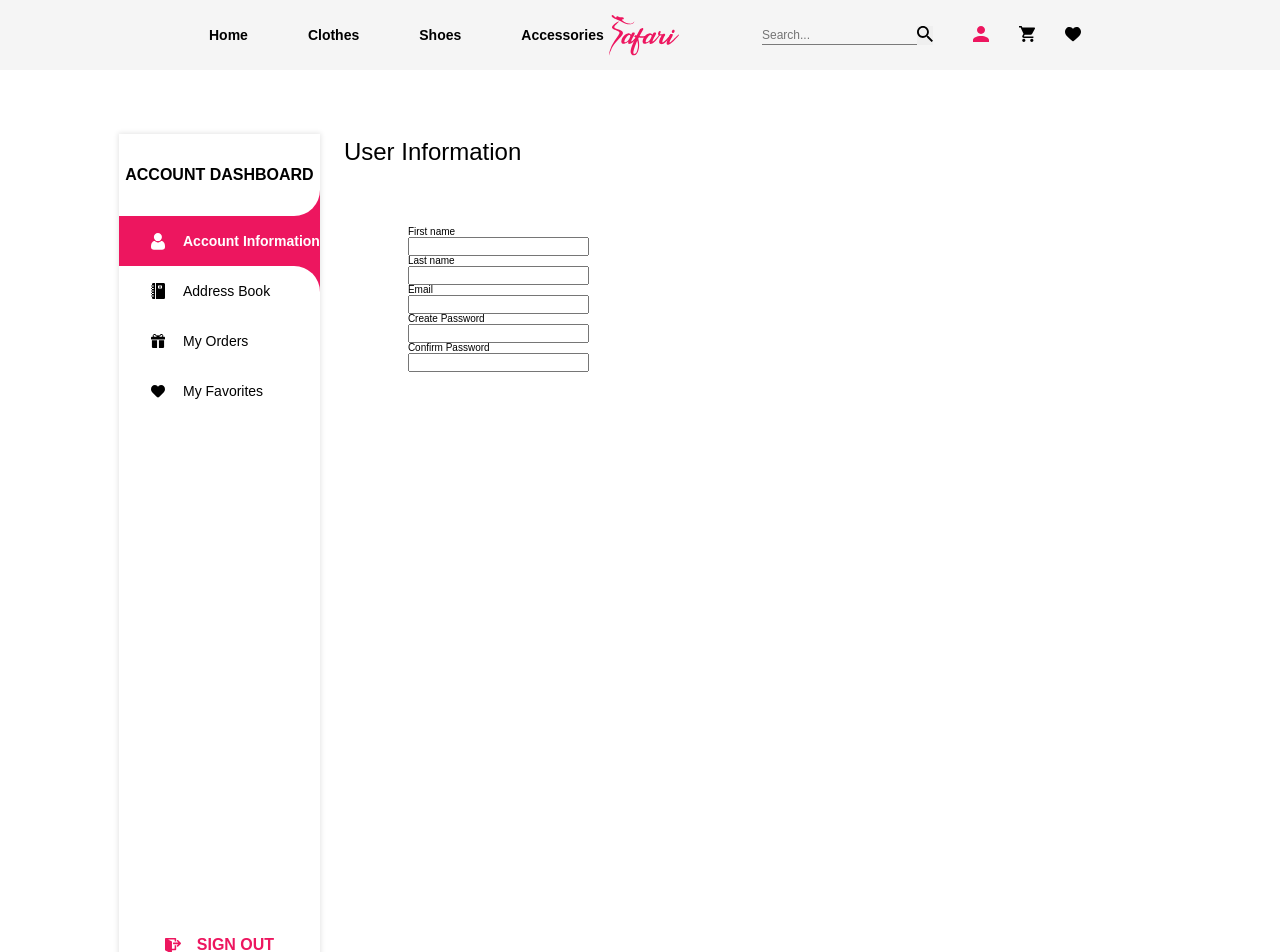
Repository: tboy1999/safari
Page: views/user.html
The author's editor kept a copy of each file at every save. The page is drawn from the files as they stood at one save, then again after a run of saves.
The browser window is 1280 px wide. The pictures show the part of the page from y = 0 to 952 px (the page is 1218 px tall).
Some web libraries are served in a nearby version. The style sheet was rebuilt from its Sass, Less or Tailwind sources for each picture, by a compiler version that may differ from the author's.

Above is the page before, as saved 2022-04-28 15:58:31.

### views/user.html
<!DOCTYPE html>
<html lang="en">
<head>
  <meta charset="UTF-8">
  <meta http-equiv="X-UA-Compatible" content="IE=edge">
  <meta name="viewport" content="width=device-width, initial-scale=1.0">
  <title>user</title>
  <link rel="shortcut icon" href="./image/logo/Logo.svg" type="image/x-icon">
  <link rel="preconnect" href="https://fonts.googleapis.com">
  <link rel="preconnect" href="https://fonts.gstatic.com" crossorigin>
  <link rel="stylesheet" href="https://cdnjs.cloudflare.com/ajax/libs/font-awesome/6.1.1/css/all.min.css" integrity="sha512-KfkfwYDsLkIlwQp6LFnl8zNdLGxu9YAA1QvwINks4PhcElQSvqcyVLLD9aMhXd13uQjoXtEKNosOWaZqXgel0g==" crossorigin="anonymous" referrerpolicy="no-referrer" />
  <link rel="stylesheet" href="../css/grid.css">
  <link rel="stylesheet" href="../css/user.css">
</head>
<body>
  <header id="header" class="header">
    <div class="container">
      <div class="header__container facenter">
        <ul class="header__list facenter fz14-fw600">
          <li class="header__item"><a href="../index.html" class="header__link">Home</a></li>
          <li class="header__item"><a href="./clothes.html" class="header__link">Clothes</a></li>
          <li class="header__item"><a href="./shoes.html" class="header__link">Shoes</a></li>
          <li class="header__item"><a href="./accessories.html" class="header__link">Accessories</a></li>
        </ul>
        <form class="header__search facenter">
          <input type="text" placeholder="Search..." class="fz12">
          <button type="submit"><img src="../image/header/search.svg" alt=""></button>
        </form>
        <div class="header__feature facenter">
          <a href="#" class="header__feature--active">
            <svg width="16" height="16" viewBox="0 0 16 16" fill="inherit" xmlns="http://www.w3.org/2000/svg">
            <path d="M8 0C9.06087 0 10.0783 0.421427 10.8284 1.17157C11.5786 1.92172 12 2.93913 12 4C12 5.06087 11.5786 6.07828 10.8284 6.82843C10.0783 7.57857 9.06087 8 8 8C6.93913 8 5.92172 7.57857 5.17157 6.82843C4.42143 6.07828 4 5.06087 4 4C4 2.93913 4.42143 1.92172 5.17157 1.17157C5.92172 0.421427 6.93913 0 8 0ZM8 10C12.42 10 16 11.79 16 14V16H0V14C0 11.79 3.58 10 8 10Z"/>
            </svg>
          </a>
          <a href="./cart.html">
            <svg width="16" height="16" viewBox="0 0 16 16" fill="inherit" xmlns="http://www.w3.org/2000/svg">
              <path d="M12.8 12.8C11.912 12.8 11.2 13.512 11.2 14.4C11.2 14.8243 11.3686 15.2313 11.6686 15.5314C11.9687 15.8314 12.3757 16 12.8 16C13.2243 16 13.6313 15.8314 13.9314 15.5314C14.2314 15.2313 14.4 14.8243 14.4 14.4C14.4 13.9757 14.2314 13.5687 13.9314 13.2686C13.6313 12.9686 13.2243 12.8 12.8 12.8ZM0 0V1.6H1.6L4.48 7.672L3.392 9.632C3.272 9.856 3.2 10.12 3.2 10.4C3.2 10.8243 3.36857 11.2313 3.66863 11.5314C3.96869 11.8314 4.37565 12 4.8 12H14.4V10.4H5.136C5.08296 10.4 5.03209 10.3789 4.99458 10.3414C4.95707 10.3039 4.936 10.253 4.936 10.2C4.936 10.16 4.944 10.128 4.96 10.104L5.68 8.8H11.64C12.24 8.8 12.768 8.464 13.04 7.976L15.904 2.8C15.96 2.672 16 2.536 16 2.4C16 2.18783 15.9157 1.98434 15.7657 1.83431C15.6157 1.68429 15.4122 1.6 15.2 1.6H3.368L2.616 0H0ZM4.8 12.8C3.912 12.8 3.2 13.512 3.2 14.4C3.2 14.8243 3.36857 15.2313 3.66863 15.5314C3.96869 15.8314 4.37565 16 4.8 16C5.22435 16 5.63131 15.8314 5.93137 15.5314C6.23143 15.2313 6.4 14.8243 6.4 14.4C6.4 13.9757 6.23143 13.5687 5.93137 13.2686C5.63131 12.9686 5.22435 12.8 4.8 12.8Z"/>
            </svg>
          </a>
          <a href="#">
            <svg width="16" height="15" viewBox="0 0 16 15" fill="inherit"
            xmlns="http://www.w3.org/2000/svg">
              <path d="M14.7307 1.39307C13.9025 0.494751 12.766 0 11.5304 0C10.6068 0 9.76099 0.291992 9.01636 0.867798C8.64062 1.15845 8.30017 1.51404 8 1.92908C7.69995 1.51416 7.35938 1.15845 6.98352 0.867798C6.23901 0.291992 5.39319 0 4.4696 0C3.23401 0 2.09741 0.494751 1.26917 1.39307C0.450806 2.28088 0 3.49377 0 4.80847C0 6.16162 0.504272 7.40027 1.58691 8.70667C2.55542 9.87524 3.94739 11.0615 5.55933 12.4352C6.10974 12.9043 6.73364 13.436 7.38147 14.0024C7.55261 14.1523 7.77222 14.2349 8 14.2349C8.22766 14.2349 8.44739 14.1523 8.61829 14.0027C9.26611 13.4362 9.89038 12.9042 10.441 12.4348C12.0527 11.0614 13.4447 9.87524 14.4132 8.70654C15.4958 7.40027 16 6.16162 16 4.80835C16 3.49377 15.5492 2.28088 14.7307 1.39307Z"/>
            </svg>
          </a>
        </div>
        <div class="header__logo">
          <a href="../index.html"><img src="../image/logo/Logo.svg" alt=""></a>
        </div>
      </div>
    </div>
  </header>

  <main id="user" class="user">
    <div class="container">
      <div class="user__container">
        <div class="row">
          <div class="col xxl-3">
            <div class="user__list flex-column">
              <div class="user__item fz16-fw800 user__item--prev">ACCOUNT DASHBOARD</div>
              <div class="user__item user__tag facenter gap18 fz14 user__item--active">
                <svg width="14" height="17" viewBox="0 0 14 17" fill="inherit" xmlns="http://www.w3.org/2000/svg">
                  <path d="M6.89428 8.08322C8.00476 8.08322 8.96635 7.68493 9.75204 6.89912C10.5377 6.11343 10.936 5.15209 10.936 4.04148C10.936 2.93125 10.5377 1.96979 9.75191 1.18384C8.9661 0.398284 8.00463 0 6.89428 0C5.78366 0 4.82233 0.398284 4.03664 1.18397C3.25095 1.96966 2.85254 2.93112 2.85254 4.04148C2.85254 5.15209 3.25095 6.11356 4.03677 6.89924C4.82258 7.6848 5.78405 8.08322 6.89428 8.08322Z"/>
                  <path d="M13.9661 12.9033C13.9434 12.5764 13.8976 12.2197 13.8301 11.843C13.762 11.4636 13.6743 11.1049 13.5693 10.777C13.4609 10.4381 13.3134 10.1034 13.1311 9.78274C12.9419 9.44988 12.7196 9.16003 12.4702 8.92152C12.2094 8.672 11.8902 8.47139 11.5209 8.32506C11.153 8.17949 10.7452 8.10575 10.3091 8.10575C10.1378 8.10575 9.97209 8.17603 9.65216 8.38433C9.45526 8.51274 9.22494 8.66125 8.96787 8.8255C8.74805 8.96556 8.45026 9.09679 8.08245 9.21559C7.72359 9.33171 7.35924 9.3906 6.99962 9.3906C6.63999 9.3906 6.27576 9.33171 5.91653 9.21559C5.5491 9.09692 5.25131 8.96569 5.03175 8.82563C4.77711 8.66291 4.54666 8.5144 4.34682 8.3842C4.02727 8.17591 3.86148 8.10562 3.69018 8.10562C3.25387 8.10562 2.84624 8.17949 2.47843 8.32518C2.10946 8.47126 1.79004 8.67187 1.529 8.92165C1.27973 9.16029 1.05736 9.45001 0.868391 9.78274C0.686212 10.1034 0.538727 10.438 0.430163 10.7771C0.32531 11.105 0.237614 11.4636 0.169505 11.843C0.102036 12.2192 0.0562028 12.576 0.0335425 12.9037C0.0112662 13.2248 0 13.5581 0 13.8946C0 14.7706 0.278453 15.4797 0.827551 16.0027C1.36986 16.5188 2.08744 16.7806 2.96006 16.7806H11.0399C11.9126 16.7806 12.6299 16.5189 13.1723 16.0027C13.7215 15.4801 14 14.7708 14 13.8945C13.9999 13.5564 13.9885 13.2229 13.9661 12.9033Z"/>
                  </svg>

                Account Information
              </div>
              <div class="user__item user__tag facenter gap18 fz14 user__item--next">
                <svg width="14" height="17" viewBox="0 0 14 17" fill="inherit" xmlns="http://www.w3.org/2000/svg">
                  <path d="M1.00448 5.0538H0.470852C0.210816 5.0538 0 5.26462 0 5.52465C0 5.78469 0.210816 5.99551 0.470852 5.99551H1.00448V5.0538Z"/>
                  <path d="M1.00448 12.5874H0.470852C0.210816 12.5874 0 12.7982 0 13.0583C0 13.3183 0.210816 13.5291 0.470852 13.5291H1.00448V12.5874Z"/>
                  <path d="M1.00448 10.0762H0.470852C0.210816 10.0762 0 10.287 0 10.5471C0 10.8071 0.210816 11.0179 0.470852 11.0179H1.00448V10.0762Z"/>
                  <path d="M1.00448 7.56503H0.470852C0.210816 7.56503 0 7.77585 0 8.03588C0 8.29592 0.210816 8.50674 0.470852 8.50674H1.00448V7.56503Z"/>
                  <path d="M1.00448 2.5426H0.470852C0.210816 2.5426 0 2.75342 0 3.01345C0 3.27349 0.210816 3.48431 0.470852 3.48431H1.00448V2.5426Z"/>
                  <path d="M4.01834 0H2.41744C1.63856 0 1.00488 0.633673 1.00488 1.41256V2.5426H2.48022C2.74025 2.5426 2.95107 2.75342 2.95107 3.01345C2.95107 3.27349 2.74025 3.4843 2.48022 3.4843C2.05168 3.4843 1.466 3.4843 1.00488 3.4843V5.05381H2.48022C2.74025 5.05381 2.95107 5.26463 2.95107 5.52466C2.95107 5.7847 2.74025 5.99552 2.48022 5.99552C1.71562 5.99552 2.16255 5.99552 1.00488 5.99552V7.56502H2.48022C2.74025 7.56502 2.95107 7.77584 2.95107 8.03587C2.95107 8.29591 2.74025 8.50673 2.48022 8.50673C2.05168 8.50673 1.466 8.50673 1.00488 8.50673V10.0762H2.48022C2.74025 10.0762 2.95107 10.287 2.95107 10.5471C2.95107 10.8071 2.74025 11.0179 2.48022 11.0179C1.71562 11.0179 2.16255 11.0179 1.00488 11.0179V12.5874H2.48022C2.74025 12.5874 2.95107 12.7983 2.95107 13.0583C2.95107 13.3183 2.74025 13.5291 2.48022 13.5291C2.05168 13.5291 1.466 13.5291 1.00488 13.5291V14.6592C1.00488 15.4381 1.63856 16.0717 2.41744 16.0717H4.01834V0Z"/>
                  <path d="M7.94141 3.48431H10.0759V4.55158H7.94141V3.48431Z"/>
                  <path d="M12.5878 0H4.95996V16.0717H12.5878C13.3666 16.0717 14.0003 15.4381 14.0003 14.6592V1.41256C14.0003 0.633673 13.3666 0 12.5878 0ZM11.0183 5.02242C11.0183 5.28246 10.8074 5.49327 10.5474 5.49327H7.47117C7.21114 5.49327 7.00032 5.28246 7.00032 5.02242V3.01345C7.00032 2.75342 7.21114 2.5426 7.47117 2.5426H10.5474C10.8074 2.5426 11.0183 2.75342 11.0183 3.01345V5.02242Z"/>
                  </svg>

                Address Book
              </div>
              <div class="user__item user__tag facenter gap18 fz14">
                <svg width="14" height="14" viewBox="0 0 14 14" fill="inherit" xmlns="http://www.w3.org/2000/svg">
                  <path d="M13.0869 2.71463H12.0679C12.2023 2.5019 12.291 2.2631 12.3163 2.01056C12.3971 1.20345 11.972 0.479938 11.2484 0.159169C10.5832 -0.135678 9.83572 -0.0151468 9.29746 0.473048L8.01066 1.63926C7.76006 1.36516 7.39981 1.1929 6.99999 1.1929C6.59946 1.1929 6.23863 1.36571 5.98797 1.64065L4.69953 0.472911C4.1604 -0.0152835 3.4132 -0.13535 2.74834 0.159333C2.02488 0.48013 1.59974 1.20389 1.68079 2.01097C1.70614 2.26332 1.79479 2.502 1.92918 2.71463H0.913033C0.408761 2.71463 0 3.12342 0 3.62766V4.99723C0 5.24934 0.204394 5.45376 0.45653 5.45376H13.5435C13.7956 5.45376 14 5.24936 14 4.99723V3.62766C14 3.12342 13.5912 2.71463 13.0869 2.71463ZM5.63042 2.56246V2.71463H3.48277C2.91533 2.71463 2.46875 2.18564 2.61048 1.59485C2.6729 1.33467 2.8607 1.11289 3.10359 1.00062C3.43713 0.846453 3.8066 0.895945 4.08673 1.1495L5.63081 2.54901C5.63072 2.55352 5.63042 2.55795 5.63042 2.56246ZM11.4104 1.88934C11.3763 2.36384 10.9477 2.71468 10.472 2.71468H8.36955V2.56252C8.36955 2.55713 8.36922 2.5518 8.36917 2.54641C8.71895 2.22933 9.47776 1.54158 9.88931 1.16853C10.1232 0.956539 10.4505 0.857582 10.753 0.947816C11.1872 1.07732 11.4421 1.44651 11.4104 1.88934Z"/>
                  <path d="M0.913086 6.36679V13.0624C0.913086 13.5667 1.32185 13.9755 1.82612 13.9755H6.08698V6.36679H0.913086Z"/>
                  <path d="M7.91309 6.36679V13.9755H12.1739C12.6782 13.9755 13.087 13.5667 13.087 13.0624V6.36679H7.91309Z"/>
                  </svg>

                My Orders
              </div>
              <div class="user__item user__tag facenter gap18 fz14">
                <svg width="14" height="13" viewBox="0 0 14 13" fill="inherit" xmlns="http://www.w3.org/2000/svg">
                  <path d="M12.8894 1.21893C12.1647 0.432907 11.1702 0 10.0891 0C9.28096 0 8.54086 0.255493 7.88931 0.759323C7.56055 1.01364 7.26265 1.32478 7 1.68794C6.73746 1.32489 6.43945 1.01364 6.11058 0.759323C5.45914 0.255493 4.71904 0 3.9109 0C2.82976 0 1.83524 0.432907 1.11052 1.21893C0.394455 1.99577 0 3.05705 0 4.20741C0 5.39142 0.441238 6.47523 1.38855 7.61833C2.23599 8.64084 3.45396 9.67883 4.86441 10.8808C5.34602 11.2913 5.89194 11.7565 6.45879 12.2521C6.60854 12.3833 6.80069 12.4555 7 12.4555C7.1992 12.4555 7.39146 12.3833 7.541 12.2523C8.10785 11.7566 8.65408 11.2912 9.13591 10.8805C10.5461 9.67873 11.7641 8.64084 12.6116 7.61823C13.5589 6.47523 14 5.39142 14 4.20731C14 3.05705 13.6055 1.99577 12.8894 1.21893Z"/>
                  </svg>
                My Favorites
              </div>
              <div class="user__item fz16"><img src="../image/user/checkout.svg" alt="">SIGN OUT</div>
            </div>
          </div>
          <div class="col xxl-9">
            <form action="">
              <h3 class="fz24">User Information</h3>
              <div class="form__account-infomation flex-column">
                <label for="first-name">First name</label>
                <input type="text" id="first-name">
                <label for="last-name">Last name</label>
                <input type="text" id="last-name">
                <label for="email">Email</label>
                <input type="text" id="email">
                <label for="create-password">Create Password</label>
                <input type="password" id="create-password">
                <label for="confirm-password">Confirm Password</label>
                <input type="text" id="confirm-password">
              </div>
            </form>
          </div>
        </div>
      </div>
    </div>
  </main>

  <footer class="footer">
    <div class="container">
      <div class="footer__container d-flex fz12">
        <div class="footer__logo">
          <a href="../index.html"><img src="../image/logo/Logo.svg" alt=""></a>
        </div>
        <div class="footer__body d-flex gap80">
          <ul class="footer__pages">
            <li class="footer__item fz12"><a href="#">About Us</a></li>
            <li class="footer__item fz12"><a href="#">Contact</a></li>
            <li class="footer__item fz12"><a href="#">Terms & Conditions</a></li>
          </ul>
          <ul class="footer__networks">
            <li class="footer__item facenter gap20">
              <div class="footer__icon flex-center">
                <a href="#" class="facenter"><img src="../image/footer/fb.svg" alt=""></a>
              </div>
              <p><a href="#">Facebook</a></p>
            </li>
            <li class="footer__item facenter gap20">
              <div class="footer__icon flex-center">
                <a href="#" class="facenter"><img src="../image/footer/twitter.svg" alt=""></a>
              </div>
              <p><a href="#">Twitter</a></p>
            </li>
            <li class="footer__item facenter gap20">
              <div class="footer__icon flex-center">
                <a href="#" class="facenter"><img src="../image/footer/instagram.svg" alt=""></a>
              </div>
              <p><a href="#">Instagram</a></p>
            </li>
          </ul>
          <div class="footer__input">
            <p>Subscribe to our newsletter</p>
            <form action="" class="facenter footer__form">
              <input type="text" placeholder="Email Address">
              <button type="submit">ok</button>
            </form>
          </div>
        </div>
        <div class="footer__info">
          <p>Quỳnh Phụ - Thái Bình</p>
          <p>0386924053</p>
          <p>meotai1999@gmail.com</p>
        </div>
      </div>
    </div>
  </footer>

  <script src="../js/user.js"></script>
</body>
</html>

### scss/user.scss
@import 'reset';
@import 'variable';
@import 'global';
@import 'alike';
@import 'header';
@import 'footer';

.user {
  margin-top: 134px;
  &__container {
    margin: 0 64px;
  }
  &__list {
    height: 884px;
    box-shadow: 0px 0px 5px 1px rgba(0, 0, 0, 0.1);
    background-color: $primary-color;
  }
  &__item {
    background-color: #fff;
    &.user__item--prev {
      border-radius: 0 0 26px 0;
    }
    &.user__item--next {
      border-radius: 0 26px 0 0;
    }
    &.user__item--active {
      background-color: transparent;
      color: #fff;
      fill: #fff;
      font-weight: 800;
    }
  }
  &__item:first-child {
    padding: 32px 0;
    text-align: center;
  }
  &__item:not(:first-child,:last-child) {
    padding: 16px 0 16px 32px ;
    cursor: pointer;
  }
  &__item:last-child {
    flex: 1;
    padding-bottom: 64px;
    display: flex;
    align-items: end;
    justify-content: center;
    gap: 16px;
    color: $primary-color;
    cursor: pointer;
  }
  .form__account-infomation {
    max-width: 350px;
    padding: 58px 0 46px 64px;
  }
}

### scss/_reset.scss
* {
  padding: 0;
  margin: 0;
  box-sizing: border-box;
}

html:focus-within {
  scroll-behavior: smooth;
}

a,
button {
  display: block;
  outline: none;
  border: none;
  text-decoration: none;
  color: inherit;
  cursor: pointer;
}

input {
  outline: none;
}

ul {
  list-style-type: none;
}

// img {
//   width: 100%;
//   height: 100%;
//   object-fit: cover;
// }

### scss/_variable.scss
$text-color: #686868;
$primary-color: #ED165F;

$header-background-color: #F5F5F5;
$footer-background-color: #F5F5F5;

### scss/_global.scss
html {
  font-size: 10px;
  line-height: 1;
  scroll-behavior: smooth !important;
}

body {
  font-family: 'Mulish', sans-serif;
}

body .auto-top {
  display: none;
  position: fixed;
  right: 50px;
  top: 50%;
  width: 60px;
  height: 50px;
  border: 1px solid #000000;
  border-radius: 5px;
  animation: autoTop 2s ease-in-out;
  animation-iteration-count: infinite;
}
@keyframes autoTop {
  from {
    transform: translateY(0)
  }
  to {
    transform: translateY(-20px)
  }
}

.facenter {
  display: flex;
  align-items: center;
}

.facb {
  display:flex;
  justify-content: space-between;
  align-items: center;
}

.flex-center {
  display: flex;
  justify-content: center;
  align-items: center;
}

.d-flex {
  display: flex;
  flex-wrap: wrap;
}

.flex-column {
  display: flex;
  flex-direction: column;
}

.gap64 {
  gap: 64px
}

.gap80 {
  gap: 0 80px
}

.gap32 {
  gap: 32px
}

.gap20 {
  gap: 0 20px
}

.gap18 {
  gap: 18px;
}

.gap16 {
  gap: 16px
}
.gap8 {
  gap: 8px
}

### scss/_alike.scss
.fz40 {
  font-weight: 700;
  font-size: 4rem;
  line-height: calc(24/40);
}

.fz30 {
  font-weight: 600;
  font-size: 30px;
}


.fz24 {
  font-weight: 400;
  font-size: 2.4rem;
  line-height: calc(35/24);
  &-fw600 {
    font-weight: 600;
    font-size: 2.4rem;
    line-height: calc(35/24);
  }
  &-fw800 {
    font-weight: 800;
    font-size: 2.4rem;
    line-height: calc(35/24);
  }
}

.fz20 {
  font-weight: 400;
  font-size: 2rem;
  line-height: calc(23/20);
  &-fw800 {
    font-weight: 800;
    font-size: 2rem;
    line-height: calc(23/20);
  }
  &-fw600 {
    font-weight: 600;
    font-size: 2rem;
    line-height: calc(23/20);
  }
}

.fz18 {
  font-weight: 800;
  font-size: 1.8rem;
  line-height: calc(24/18);
}

.fz16 {
  font-weight: 600;
  font-size: 1.6rem;
  line-height: calc(18/16);
  color: $text-color;
  &-fw800 {
    font-weight: 800;
    font-size: 1.6rem;
    line-height: calc(18/16);
  }
}

.fz14 {
  font-weight: 400;
  font-size: 1.4rem;
  line-height: calc(18/14);
  &-fw600 {
    font-weight: 600;
    font-size: 1.4rem;
    line-height: calc(18/14);
  }
}

.fz12 {
  font-weight: 400;
  font-size: 1.2rem;
  line-height: calc(18/12);
}

.fz10 {
  font-weight: 700;
  font-size: 1rem;
  line-height: calc(18/10);
}

### scss/_header.scss
.header {
  position: fixed;
  top: 0;
  left: 0;
  right: 0;
  z-index: 99999;
  background-color: $header-background-color;
  &__container {
    height: 70px;
    padding: 0 144px;
  }
  &__list {
    gap: 0 40px;
    flex: 1
  }
  &__search {
    input {
      border:none;
      border-bottom: 1px solid rgba(0, 0, 0, 0.5);
      color: rgba(0, 0, 0, 0.5);
      background-color: inherit;
    }
  }
  &__link {
    padding: 6px 10px;
    transition: all 0.2s linear;
    position: relative;
    &::after {
      content: "";
      position: absolute;
      width: 0;
      left: auto;
      right: 0;
      bottom: 0;
      height: 1px;
      transition: all 0.2s linear;
      background-color: red;
    }
    &:hover {
      color: $primary-color;
      &::after {
        width: 100%;
        right: auto;
        left: 0
      }
    }
    &.header__item--active {
      color: $primary-color;
      font-weight: 800;
      &::after {
        width: 100%;
      }
    }
  }
  &__feature {
    gap: 0 30px;
    margin-left: 40px;
    .header__feature--active {
      fill: $primary-color;
    }
  }
  &__logo {
    position: absolute;
    left: 47.57%;
    right: 47.57%;
    top: 21.43%;
    bottom: 20.93%;
  }
}

### scss/_footer.scss
.footer {
  background-color: $footer-background-color;
  &__container {
    padding: 60px;
  }
  &__pages {
    margin-left: 129px;
    a {
      padding: 3px 0;
    }
  }
  &__networks {
    a {
      padding: 3px 0
    }
  }
  &__icon {
    width: 26px
  }
  &__body {
    flex: 1
  }
  &__form {
    margin-top: 22px;
    width: 270px;
    height: 40px;
    border-radius: 5px;
    input {
      border: 1px solid $primary-color;
      padding: 0 0 0 20px;
      height: inherit;
      flex: 1;
      border-top-left-radius: 5px;
      border-bottom-left-radius: 5px;
    }
    button {
      width: 60px;
      height: inherit;
      background-color: $primary-color;
      color: #fff;
      border-top-right-radius: 5px;
      border-bottom-right-radius: 5px;
    }
  }
  &__info {
    p {
      padding: 3px 0
    }
  }
}

Loaded but not shown: js/user.js (16 lines, source omitted); css/grid.css (721 lines, source omitted)

After the next 2 saves:
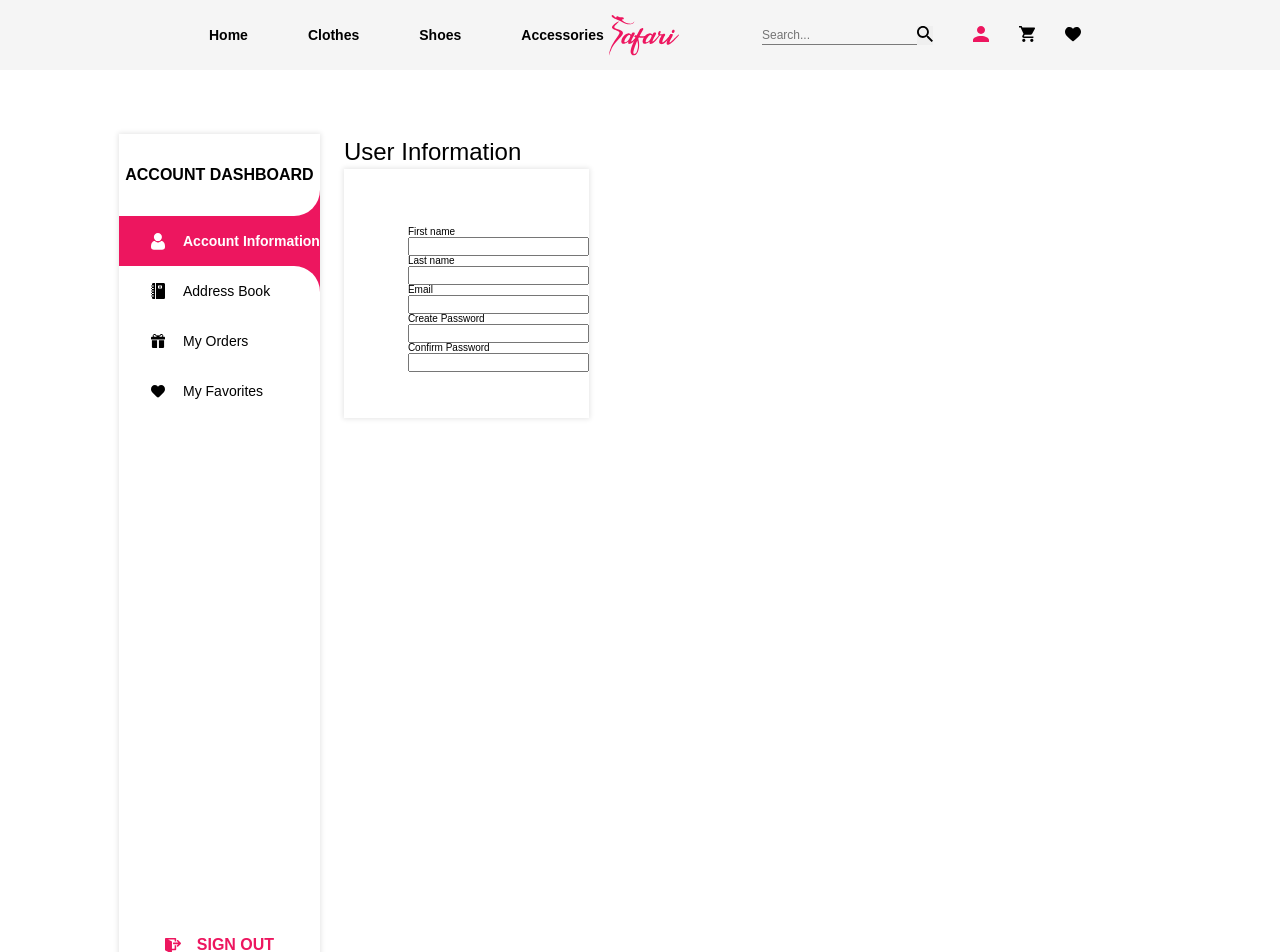
The 2 saves are shown as one change because they came seconds apart.
The last was saved 18 s later.
--- a/scss/user.scss
+++ b/scss/user.scss
@@ -51,5 +51,7 @@
   .form__account-infomation {
     max-width: 350px;
     padding: 58px 0 46px 64px;
+    background: #FFFFFF;
+    box-shadow: 0px 0px 5px 1px rgba(0, 0, 0, 0.1);
   }
 }
